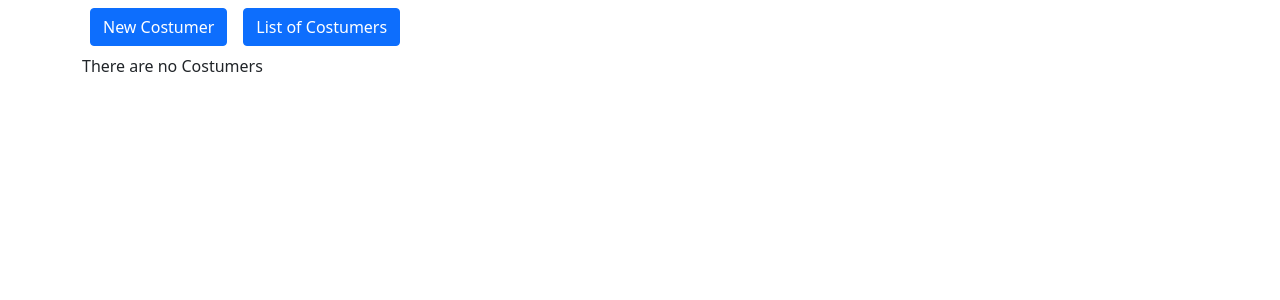
Repository: Sanjayjangra88/combo_app
Page: /
These files come from the project's save history. The page is drawn as it stood at one moment and after the next save; the edit follows.
The browser window is 1280 px wide. The pictures show the whole page.
Some web libraries are served in a nearby version. The project was rebuilt for these pictures with package versions that can differ from the ones it lists, and the page was loaded fresh each time. Also part of the build but not shown: src/App.js.

Above is the page before, as saved 2022-06-03 16:45:00.

### public/index.html
<!DOCTYPE html>
<html lang="en">
  <head>
    <meta charset "UTF-8" />
    <link rel="icon" href="%PUBLIC_URL%/favicon.ico" />
    <meta name="viewport" content="width=device-width, initial-scale=1" />
    <meta name="theme-color" content="#000000" />
    <meta
      name="description"
      content="Web site created using create-react-app"
    />
    <link rel="apple-touch-icon" href="%PUBLIC_URL%/logo192.png" />
    <!--
      manifest.json provides metadata used when your web app is installed on a
      user's mobile device or desktop. See https://developers.google.com/web/fundamentals/web-app-manifest/
    -->
    <link rel="manifest" href="%PUBLIC_URL%/manifest.json" />
    <link href="https://cdn.jsdelivr.net/npm/bootstrap@5.0.2/dist/css/bootstrap.min.css" rel="stylesheet" integrity="sha384-EVSTQN3/azprG1Anm3QDgpJLIm9Nao0Yz1ztcQTwFspd3yD65VohhpuuCOmLASjC" crossorigin="anonymous">
    <!--
      Notice the use of %PUBLIC_URL% in the tags above.
      It will be replaced with the URL of the `public` folder during the build.
      Only files inside the `public` folder can be referenced from the HTML.

      Unlike "/favicon.ico" or "favicon.ico", "%PUBLIC_URL%/favicon.ico" will
      work correctly both with client-side routing and a non-root public URL.
      Learn how to configure a non-root public URL by running `npm run build`.
    -->
    <!-- Bootstrap CSS -->
    <link rel="stylesheet" href="https://cdn.jsdelivr.net/npm/bootstrap@4.0.0/dist/css/bootstrap.min.css" integrity="sha384-Gn5384xqQ1aoWXA+058RXPxPg6fy4IWvTNh0E263XmFcJlSAwiGgFAW/dAiS6JXm" crossorigin="anonymous">

    <title>React App</title>
  </head>
  <body>
    <noscript>You need to enable JavaScript to run this app.</noscript>
    <div id="root"></div>
    <script src="https://kit.fontawesome.com/9e06ebf41f.js" crossorigin="anonymous"></script>
    <!--
      This HTML file is a template.
      If you open it directly in the browser, you will see an empty page.

      You can add webfonts, meta tags, or analytics to this file.
      The build step will place the bundled scripts into the <body> tag.

      To begin the development, run `npm start` or `yarn start`.
      To create a production bundle, use `npm run build` or `yarn build`.
    -->
    <script src="https://code.jquery.com/jquery-3.2.1.slim.min.js" integrity="sha384-KJ3o2DKtIkvYIK3UENzmM7KCkRr/rE9/Qpg6aAZGJwFDMVNA/GpGFF93hXpG5KkN" crossorigin="anonymous"></script>
    <script src="https://cdn.jsdelivr.net/npm/popper.js@1.12.9/dist/umd/popper.min.js" integrity="sha384-ApNbgh9B+Y1QKtv3Rn7W3mgPxhU9K/ScQsAP7hUibX39j7fakFPskvXusvfa0b4Q" crossorigin="anonymous"></script>
    <script src="https://cdn.jsdelivr.net/npm/bootstrap@4.0.0/dist/js/bootstrap.min.js" integrity="sha384-JZR6Spejh4U02d8jOt6vLEHfe/JQGiRRSQQxSfFWpi1MquVdAyjUar5+76PVCmYl" crossorigin="anonymous"></script>
  </body>
</html>

### src/index.js
import React from 'react';
import ReactDOM from 'react-dom';
import './index.css';
import App from './App';
import reportWebVitals from './reportWebVitals';
import 'bootstrap/dist/css/bootstrap.min.css';

import DropDown6 from './Components/dropDown6';

ReactDOM.render(
  <React.StrictMode>
    <DropDown6/>
  </React.StrictMode>,
  document.getElementById('root')
);

// If you want to start measuring performance in your app, pass a function
// to log results (for example: reportWebVitals(console.log))
// or send to an analytics endpoint. Learn more: https://bit.ly/CRA-vitals
reportWebVitals();

### src/Components/dropDown6.jsx
import React, { Component } from 'react'

export class dropDown extends Component {
  state={
    costumers:[],
    view:0
  }
  add=()=>{
    console.log("hy")
  }
  show=()=>{
    console.log("hy")
  }
  render() {
    const{costumers}=this.state;
    return (
      <div className='container'>
        <button className='btn btn-primary m-2'onClick={this.add}>New Costumer</button>
        <button className='btn btn-primary m-2'onClick={this.show}>List of Costumers</button><br/>
        {costumers.length<=0?"There are no Costumers":costumers.map((ele)=><ul><li>{ele}</li></ul>)}

      </div>
    )
  }
}

export default dropDown

### src/App.css
*{
  margin: 0;
  padding: 0;
}
.slidebar{
  position: absolute;
  background-color: rgb(168, 165, 165);
  height: 100vh;
  width: 30vh;
  margin-right: 5px;
  transition: transform 0.3s ease-in;


}
.slidebar  li a{
  text-decoration: none;
  color:white;
}
.slidebar  li{
  list-style: none;
  font-size: 20px;
  padding: 13px 0;
  color:white;
}
.box{
  margin-left: 32vh;
}
div.d-flex.justify-content-between{
  margin-left: 30vh;
}

.th1{
  background-color: black;
  color: white;
  border: 1px solid black;
  text-align: center;
  padding-left: 15px;
  padding-right: 15px;
}
.col1 {
  border: 1px solid black;
  text-align: center;
  padding-left: 15px;
  padding-right: 15px;
}

Loaded but not shown: src/index.css (common file); src/reportWebVitals.js (common file)

After the next save:
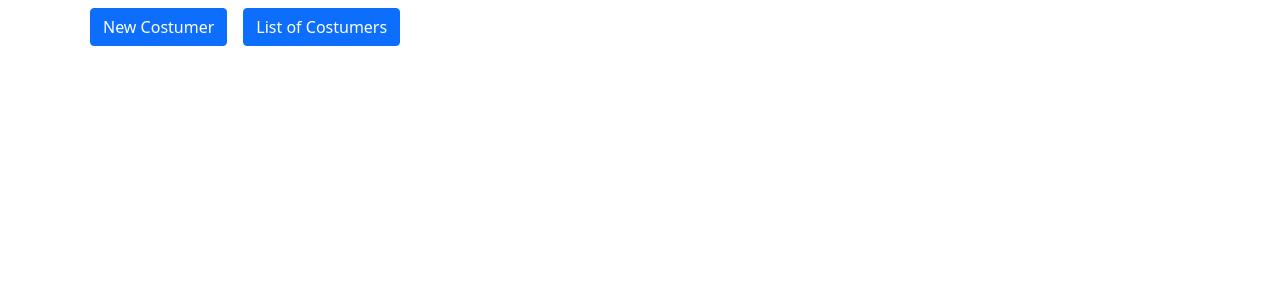
Saved 4 min 39 s later.
--- a/src/Components/dropDown6.jsx
+++ b/src/Components/dropDown6.jsx
@@ -9,16 +9,21 @@ export class dropDown extends Component {
     console.log("hy")
   }
   show=()=>{
+    let s1={...this.state};
+    s1.view=1;
+    this.setState(s1);
+
     console.log("hy")
   }
   render() {
-    const{costumers}=this.state;
+    const{costumers,view}=this.state;
     return (
       <div className='container'>
         <button className='btn btn-primary m-2'onClick={this.add}>New Costumer</button>
         <button className='btn btn-primary m-2'onClick={this.show}>List of Costumers</button><br/>
-        {costumers.length<=0?"There are no Costumers":costumers.map((ele)=><ul><li>{ele}</li></ul>)}
-
+        {view==1 ?(
+        costumers.length<=0?"There are no Costumers":costumers.map((ele)=><ul><li>{ele}</li></ul>))
+  :""}
       </div>
     )
   }
